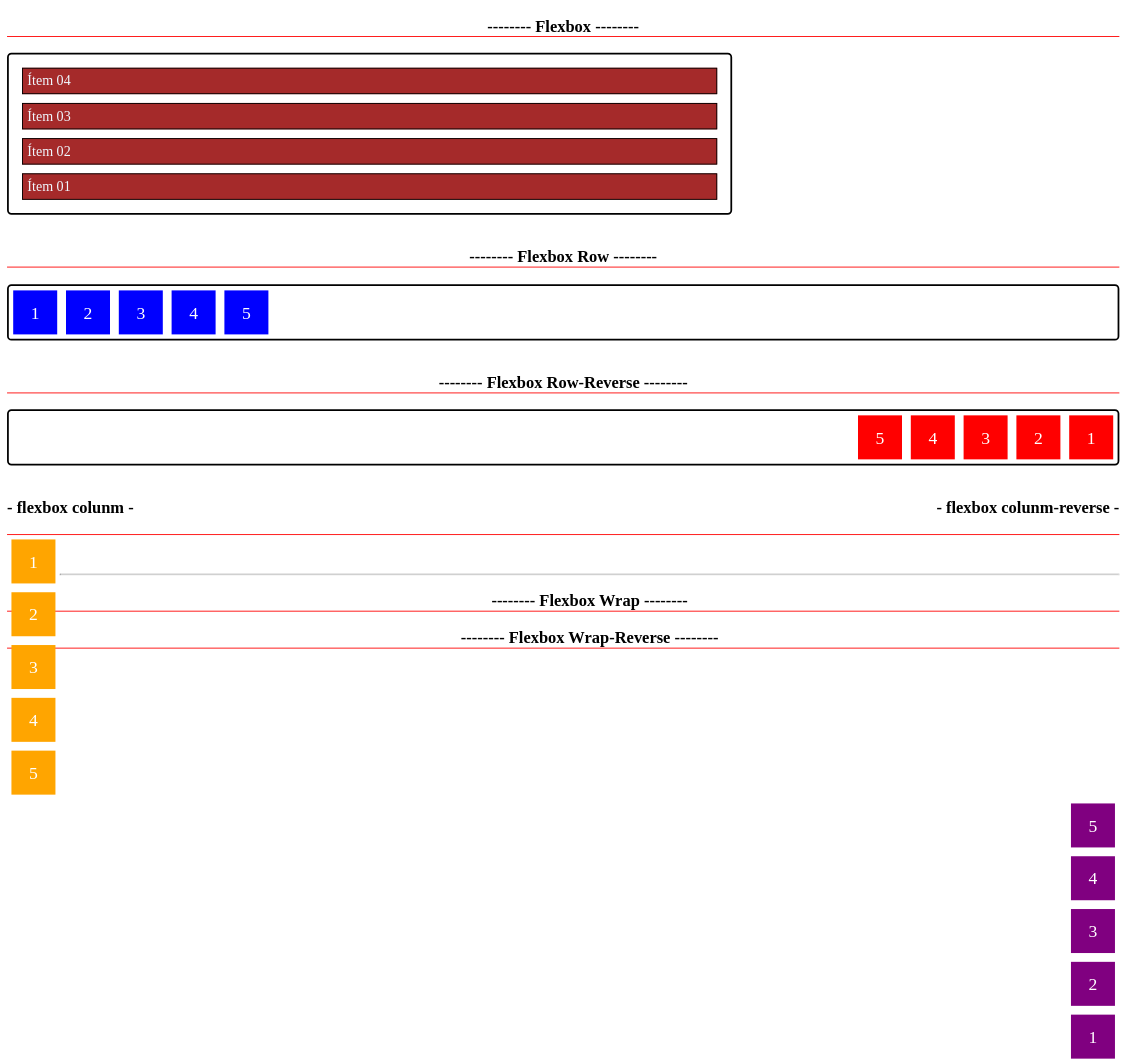
Repository: ozielms/flexbox
Page: outros/flexbox-master/index.html
These files come from the project's save history. The page is drawn as it stood at one moment and after the next save; the edit follows.
The browser window is 1280 px wide. The pictures show the whole page, at 88% of full size.

Above is the page before, as saved 2022-04-26 00:21:57.

### outros/flexbox-master/index.html
<!DOCTYPE html>
<html lang="en">

<head>
    <meta charset="UTF-8">
    <meta http-equiv="X-UA-Compatible" content="IE=edge">
    <meta name="viewport" content="width=device-width, initial-scale=1.0">
    <title>Flexbox</title>

    <link rel="stylesheet" href="css/estilo.css">
</head>

<body>

    <h3 class="titulo">-------- flexbox --------</h3>
    <div class="pai">
        <div class="filho filho1">Ítem 01</div>
        <div class="filho filho2">Ítem 02</div>
        <div class="filho filho3">Ítem 03</div>
        <div class="filho filho4">Ítem 04</div>
    </div>

    <br>

    <h3 class="titulo">-------- flexbox row --------</h3>
    <ul class="flex-container row">
        <li class="flex-item">1</li>
        <li class="flex-item">2</li>
        <li class="flex-item">3</li>
        <li class="flex-item">4</li>
        <li class="flex-item">5</li>
    </ul>

    <br>

    <h3 class="titulo">-------- flexbox row-reverse --------</h3>
    <ul class="flex-container row-reverse">
        <li class="flex-item">1</li>
        <li class="flex-item">2</li>
        <li class="flex-item">3</li>
        <li class="flex-item">4</li>
        <li class="flex-item">5</li>
    </ul>

    <br>

    <div class="titulo-flex">
        <div>
            <h3>- flexbox colunm -</h3>
        </div>
        <div class="titulo-colunm-reverse">
            <h3>- flexbox colunm-reverse -</h3>
        </div>
    </div>

    <ul class="flex-container colunm">
        <li class="flex-item">1</li>
        <li class="flex-item">2</li>
        <li class="flex-item">3</li>
        <li class="flex-item">4</li>
        <li class="flex-item">5</li>
    </ul>

    <br>

    <ul class="flex-container colunm-reverse" style="clear: both;">
        <li class="flex-item">1</li>
        <li class="flex-item">2</li>
        <li class="flex-item">3</li>
        <li class="flex-item">4</li>
        <li class="flex-item">5</li>
    </ul>

    <br>
    <hr>
    <h3 class="titulo">-------- flexbox wrap --------</h3>


    <h3 class="titulo">-------- flexbox wrap-reverse --------</h3>


</body>

</html>

### outros/flexbox-master/css/estilo.css
.titulo {
    text-align: center;
    text-transform: capitalize;
    border-bottom: 1px solid red;
}

.titulo-flex {
    display: flex;
    border-bottom: 1px solid red;
}

.titulo-colunm-reverse {
    margin-left: auto;
}


/* -------- FLEXBOX -------- */

.pai {
    max-width: 800px;
    padding: 10px;
    border: 2px solid black;
    border-radius: 5px;
    /* FLEXBOX */
    display: flex;
    flex-direction: column-reverse;
}

.filho {
    background-color: brown;
    color: aliceblue;
    padding: 5px;
    border: 1px solid black;
    margin: 5px;
}


/* -------- FLEXBOX - FLEX CONTAINER -------- */

.flex-container {
    margin: 0;
    padding: 0;
    display: flex;
    list-style: none;
}

.flex-item {
    background: blue;
    height: 50px;
    width: 50px;
    line-height: 50px;
    font-size: 20px;
    color: white;
    text-align: center;
    margin: 5px;
}


/* -------- FLEXBOX - FLEX ROW -------- */

.row {
    border: 2px solid black;
    border-radius: 5px;
    flex-direction: row;
}

.row-reverse {
    border: 2px solid black;
    border-radius: 5px;
    flex-direction: row-reverse;
}

.row-reverse li {
    background-color: red;
}


/* -------- FLEXBOX - FLEX COLUNM -------- */

.colunm {
    float: left;
    flex-direction: column;
}

.colunm li {
    background-color: orange;
}

.colunm-reverse {
    float: right;
    flex-direction: column-reverse;
}

.colunm-reverse li {
    background-color: purple;
}


/* -------- FLEXBOX - FLEX WRAP -------- */

After the next save:
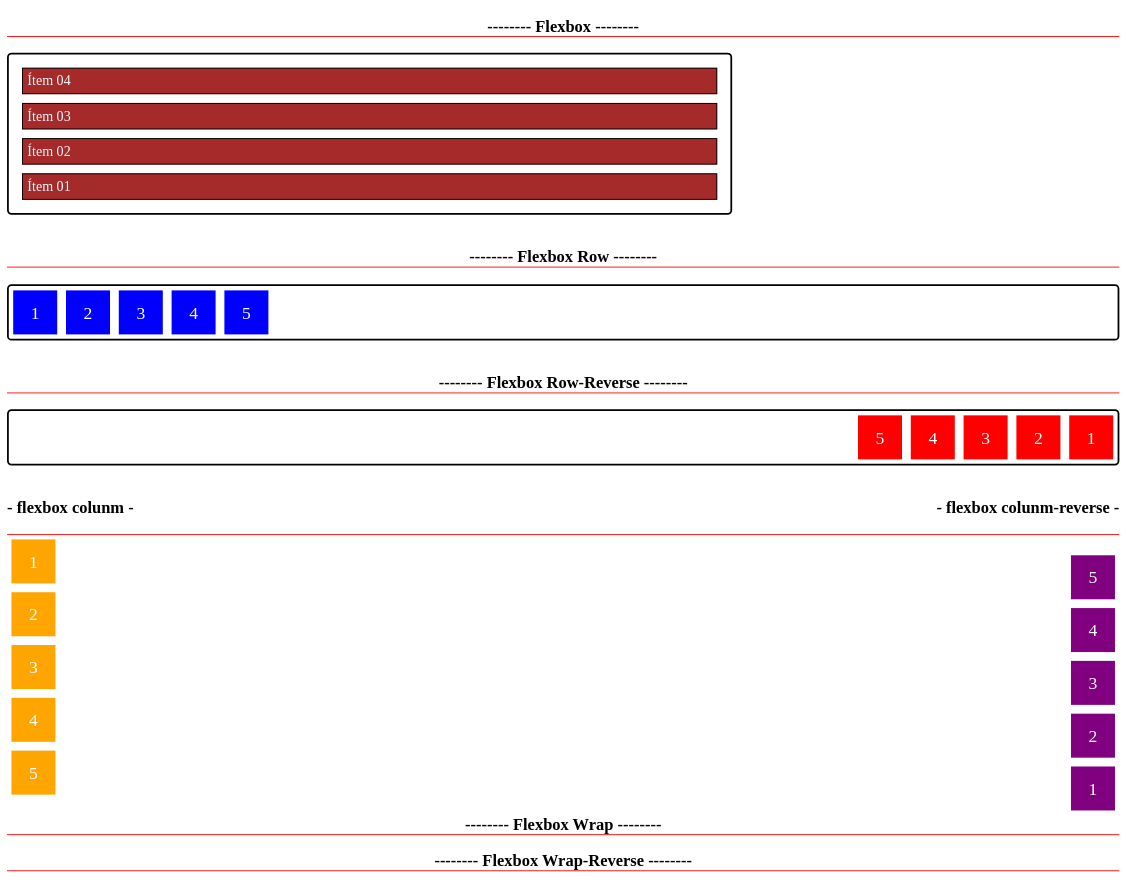
Saved 21 s later.
--- a/outros/flexbox-master/index.html
+++ b/outros/flexbox-master/index.html
@@ -63,7 +63,7 @@
 
     <br>
 
-    <ul class="flex-container colunm-reverse" style="clear: both;">
+    <ul class="flex-container colunm-reverse">
         <li class="flex-item">1</li>
         <li class="flex-item">2</li>
         <li class="flex-item">3</li>
@@ -72,8 +72,8 @@
     </ul>
 
     <br>
-    <hr>
-    <h3 class="titulo">-------- flexbox wrap --------</h3>
+
+    <h3 class="titulo" style="clear: both;">-------- flexbox wrap --------</h3>
 
 
     <h3 class="titulo">-------- flexbox wrap-reverse --------</h3>
